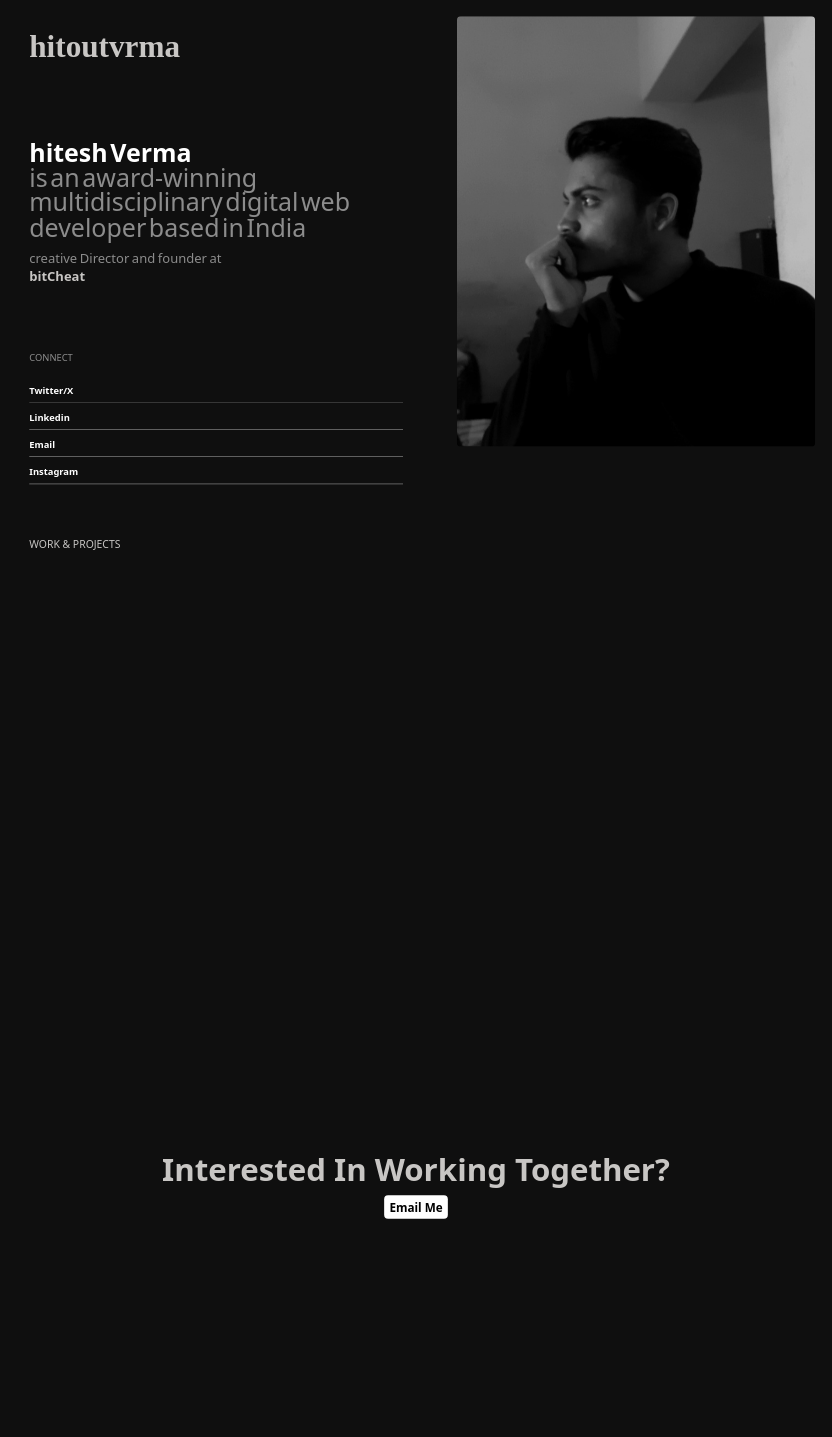
Repository: hitoutvrma/portfolio
Page: /
The author's editor kept a copy of each file at every save. The page is drawn from the files as they stood at one save, then again after a run of saves.
The browser window is 1280 px wide. The pictures show the whole page, at 65% of full size.
The project was rebuilt for these pictures with package versions that can differ from the ones it lists, and the page was loaded fresh each time. Also part of the build but not shown: vite.config.js.

Above is the page before, as saved 2025-03-08 17:28:40.

### src/index.css
@import "tailwindcss";
body{
    background-color: #0f0f0f;
    color: #c8c6c4;
    padding: 25px;
}

### src/App.jsx
import WorkTogether from './Components/WorkTogether'
import Front from './Components/Front'
import Work from './Components/Work'


function App() {

  return (
    <div className=''>

      <Front/>
      <Work/>
      <WorkTogether/>
    </div>
  )
}

export default App

### src/Components/WorkTogether.jsx


function WorkTogether() {
  return (
    <div className='h-screen sm:p-5 flex flex-col justify-center items-center'>
        <div className="flex items-center justify-center flex flex-col gap-4" >
      <p className="sm:text-5xl text-3xl text-center font-bold">
        Interested In Working Together?
        </p>
      <button className="px-2 py-1 text-lg font-bold  bg-white text-black hover:bg-pink-200 cursor-pointer transition-colors duration-300 rounded-md ">Email Me</button>
        </div>

    </div>
  )
}

export default WorkTogether

### src/Components/Front.jsx
import React from 'react'
import {animate, delay, hover, motion} from 'framer-motion'
import AnimatedParagraph from './AnimatedParagraph'
import AnimatedParagraphs from './AnimatedParagraph'
function Front() {
  const name = ["hitesh Verma"]
  const para1 = ["is an award-winning multidisciplinary digital web developer based in India"]
  const para2 = ["creative Director and founder at"]
  const para3 = ["bitCheat"]
  return (
    <div className='sm:h-screen md:h-screen'>
    <div className="sm:flex">
      <div className='hero sm:p-5 sm:text-[3vw] text-[8vw]  sm:w-[53vw]'>
      <logo className='text-4xl sm:text-5xl font-semibold font-[serif]'>hitoutvrma</logo>
        <p className='mt-28 leading-none text-[#8c8c8c]'>
          <span className='text-white font-semibold'><AnimatedParagraphs texts={name} delay={0}/></span>
           <AnimatedParagraph texts={para1 } delay={0.3}/></p>

        <div className='text-xl pt-4'>
          <p className='text-[#8c8c8c]'><AnimatedParagraph texts={para2} delay={0.6}/></p>
          <p className='font-semibold'><AnimatedParagraph texts={para3} delay={0.9}/></p>
          {/* <AnimatedParagraph/> */}
        </div>
        <motion.div initial={{opacity:0, scaleY:0.5}} animate={{opacity:1, scaleY:1}} transition={{duration:2, delay:1.4}} className=' flex sm:text-[2vh] sm:pb-0 pb-12 text-[1.8vh]  sm:pt-25 pt-28 flex-col sm:gap-3 gap-1'>
          <p className='text-[#8c8c8c] pb-4 text-[1.6vh]  sm:text-[2vh]'>CONNECT</p>
          <motion.div
        className="relative w-[90%]  font-bold text-white text-md cursor-pointer"
        initial="initial"
        whileHover="hover"
      >
        <p className='pb-2'>Twitter/X</p>

        {/* Static Gray Line */}
        <div className="absolute left-0 bottom-0 w-full    h-[0.1vh] bg-[#4c4c4c]"></div>

        {/* Animated Green Line */}
        <motion.div
          className="absolute left-0 bottom-0 h-[2px] bg-green-400"
          variants={{
            initial: { width: "0%" },
            hover: { width: "100%" },
            exit: {width: "0%"}
          }}
          transition={{hover: { duration: 2, ease: "easeInOut" },
          exit: { duration: 0.01 } }}
        />
      </motion.div>

      <motion.div
        className="relative w-[90%]  font-bold text-white text-md cursor-pointer"
        initial="initial"
        whileHover="hover"
      >
        <p className='pb-2'>Linkedin</p>

        {/* Static Gray Line */}
        <div className="absolute left-0 bottom-0 w-full    h-[0.1vh] bg-[#8c8c8c]"></div>

        {/* Animated Green Line */}
        <motion.div
          className="absolute left-0 bottom-0 h-[2px] bg-green-400"
          variants={{
            initial: { width: "0%" },
            hover: { width: "100%" },
            exit: {width: "0%"}
          }}
          transition={{hover: { duration: 2, ease: "easeInOut" },
          exit: { duration: 0.01 } }}
        />
      </motion.div>

      <motion.div
        className="relative w-[90%]  font-bold text-white text-md cursor-pointer"
        initial="initial"
        whileHover="hover"
      >
        <p className='pb-2'>Email</p>

        {/* Static Gray Line */}
        <div className="absolute left-0 bottom-0 w-full    h-[0.1vh] bg-[#8c8c8c]"></div>

        {/* Animated Green Line */}
        <motion.div
          className="absolute left-0 bottom-0 h-[2px] bg-green-400"
          variants={{
            initial: { width: "0%" },
            hover: { width: "100%" },
            exit: {width: "0%"}
          }}
          transition={{hover: { duration: 2, ease: "easeInOut" },
          exit: { duration: 0.01 } }}
        />
      </motion.div>

      <motion.div
        className="relative w-[90%]  font-bold text-white text-md cursor-pointer"
        initial="initial"
        whileHover="hover"
      >
        <p className='pb-2'>Instagram</p>

        {/* Static Gray Line */}
        <div className="absolute left-0 bottom-0 w-full    h-[0.1vh] bg-[#8c8c8c]"></div>

        {/* Animated Green Line */}
        <motion.div
          className="absolute left-0 bottom-0 h-[2px] bg-[#4285F4]"
          variants={{
            initial: { width: "0%" },
            hover: { width: "100%" },
            exit: {width: "0%"}
          }}
          transition={{hover: { duration: 2, ease: "easeInOut" },
          exit: { duration: 0.01 } }}
        />
      </motion.div>
        </motion.div>
        </div>

        <motion.div  // Faster hover scale effect
  initial={{ opacity: 0, scale: 0.9 }}
  animate={{ opacity: 1, scale: 1 }}
  transition={{ duration: 1.5, delay: 1.5 }} // Reduced duration so hover works smoothly
  style={{ backgroundImage: "url('/user.jpg')" }}
  className='bg-cover sm:bg-[center_top_60%] bg-[center_top_80%] w-[95%] h-[50vh] sm:w-[43vw] sm:h-[92vh] bg-[#3a3a3a] rounded-md'>
</motion.div>


      </div>
        </div>
  )
}

export default Front

### src/Components/Work.jsx
import React from 'react'
import Card from './Card'

function Work() {
  return (
    <div className='h-auto min-h-screen sm:p-5 '>
      <div className='pt-15  pb-15'><p>WORK & PROJECTS</p></div>
      <div className='grid grid-cols-1 sm:grid-cols-2 md:grid-cols-3 lg:grid-cols-4 gap-y-10 gap-x-8'>
        <Card bgImage={'/user.jpg'}
         name={"honeytype"}
         width={"sm:w-28"}
         height={"sm:h-35vh"}
         />

      </div>
    </div>
  )
}

export default Work

### src/Components/AnimatedParagraph.jsx
import { motion } from "framer-motion";

export default function AnimatedParagraphs({ texts, delay = 0.5 }) {
  return (
    // <div className="flex justify-center items-center h-screen bg-black text-white p-10 flex-col">
      <motion.div
        initial="hidden"
        animate="visible"
        variants={{
          hidden: {},
          visible: {
            transition: { staggerChildren: delay },
          },
        }}
      >
        {texts.map((text, i) => (
          <motion.p
            key={i}

            initial={{ opacity: 0 }} // Initially hidden
            animate={{ opacity: 1 }} // Fully visible
            transition={{ duration: 0.5, delay: delay }} // Delays each paragraph based on index
          >
            {text.split(" ").map((word, index) => (
              <motion.span
                key={index}
                className="mr-1 inline-block"
                initial={{ opacity: 0.05, x: -4 }}
                animate={{ opacity: 1, x: 0 }}
                transition={{ duration: 5, ease: "linear", delay: delay }} // Delay applied properly
              >
                {word}
              </motion.span>
            ))}
          </motion.p>
        ))}
      </motion.div>
    // </div>
  );
}

### src/Components/Card.jsx
import { motion, useInView } from "framer-motion";
import { useRef } from "react";

function Card({ width = "sm:w-[18vw]", height = "sm:h-[30vh]", name, bgImage }) {
  const ref = useRef(null);
  const isInView = useInView(ref, { once: true, margin: "-50px" });

  return (
    <motion.div
      ref={ref}
      initial={{ y: 40, scale: 0.8, opacity: 0 }}
      animate={isInView ? { y: 0, scale: 1, opacity: 1 } : {}}
      transition={{ duration: 1, ease: "easeOut" }}
      style={{
        // height: `${height}vh`,
        // width: `${width}vw`,
        backgroundImage: `url(${bgImage})`,
        backgroundSize: "cover",
        backgroundPosition: "center"
      }}
       className={`relative card group bg-amber-300 overflow-hidden rounded-lg  ${width} ${height}  `}
    >
      {/* Name (Hidden initially, appears on hover) */}
      <h1 className="absolute top-2 left-2 text-white text-[1.9vh] opacity-0 -translate-y-4 transition-all duration-300 group-hover:opacity-100 group-hover:translate-y-0">
        {name}
      </h1>

      {/* Footer (Hidden initially, appears on hover) */}
      <footer className="absolute bottom-0 left-0 right-0 flex gap-2 p-2 opacity-0 translate-y-4 transition-all duration-300 group-hover:opacity-100 group-hover:translate-y-0">
        <button className="px-2 py-1 backdrop-blur-xl bg-white/30 text-white text-[1.5vh]">
          Web
        </button>
        <button className="px-2 py-1 backdrop-blur-xl bg-white/30 text-white text-[1.5vh]">
          React
        </button>
      </footer>
    </motion.div>
  );
}

export default Card;

Loaded but not shown: index.html (common file); src/main.jsx (common file)

After the next 3 saves:
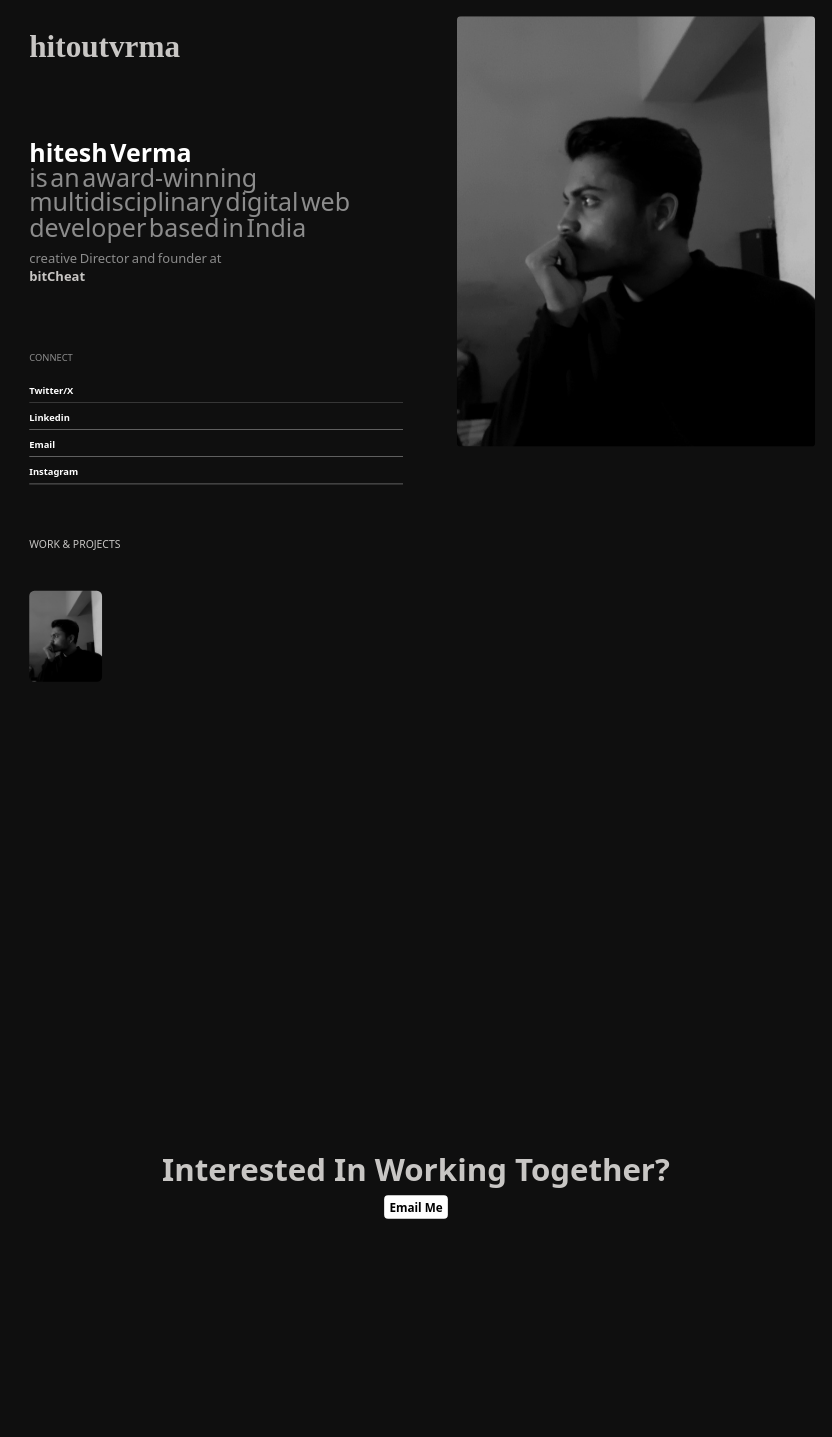
The 3 saves are shown as one change because they came seconds apart.
The last was saved 8 s later.
--- a/src/Components/Work.jsx
+++ b/src/Components/Work.jsx
@@ -9,7 +9,7 @@ function Work() {
         <Card bgImage={'/user.jpg'}
          name={"honeytype"}
          width={"sm:w-28"}
-         height={"sm:h-35vh"}
+         height={"sm:h-35"}
          />
 
       </div>
